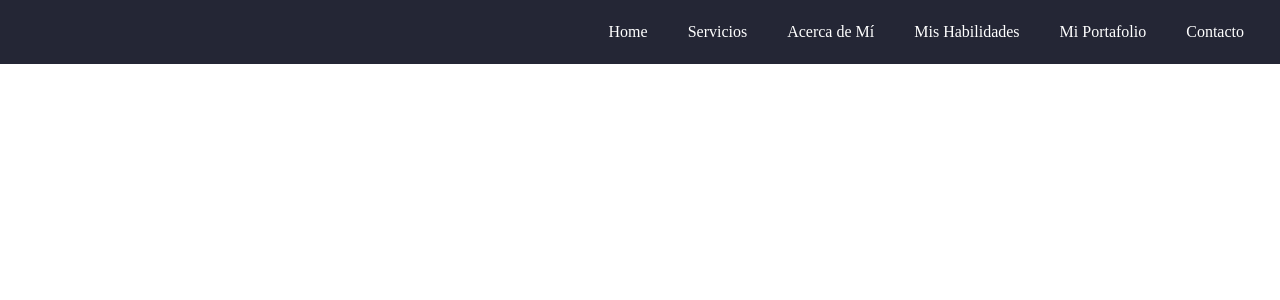
Repository: RobertAries28/PortafolioRobertEscalanteGomez2022
Page: index.html
An editor plug-in stored every save of this project. The page is shown before and after the next save, followed by the edit.
The browser window is 1280 px wide. The pictures show the whole page.

Above is the page before, as saved 2022-02-11 23:59:56.

### index.html
<!DOCTYPE html>
<html lang="en">
<head>
    <meta charset="UTF-8">
    <meta http-equiv="X-UA-Compatible" content="IE=edge">
    <meta name="viewport" content="width=device-width, initial-scale=1.0">
    <link rel="stylesheet" href="estilos.css">
    <title>Document</title>
</head>
<body>
    <header class="main-header">
        <div class="l-container main-header__block">

        <div class="main-menu-toggle" id="main-menu-toggle"></div>
             <nav class="main-nav" id="main-nav">
                 <ul class="main-menu">
                       <li class="main-menu__item">
                           <a class="main-menu__link" href="#">
                              Home
                           </a>
                       </li>

                       <li class="main-menu__item">
                         <a class="main-menu__link" href="#">
                           Servicios
                         </a>
                       </li>

                       <li class="main-menu__item">
                        <a class="main-menu__link" href="#">
                          Acerca de Mí
                        </a>
                       </li>


                     <li class="main-menu__item">
                         <a class="main-menu__link" href="#">
                           Mis Habilidades
                         </a>
                     </li>

                     <li class="main-menu__item">
                        <a class="main-menu__link" href="#">
                         Mi Portafolio
                        </a>
                    </li>

                    <li class="main-menu__item">
                        <a class="main-menu__link" href="#">
                         Contacto
                        </a>
                    </li>


                 </ul>
             </nav>
        </div>
     </header>

</body>
</html>

### estilos.css
.l-container{

    padding-left: 1rem;
    padding-right: 1rem;
    display: flex;

    height: 100%;
    color: white;
}

.main-header{
    height: 4rem;
    background: #242635;


}

.main-header__block{
    justify-content: space-between;
    align-items: center;

}

.main-menu{
    margin-top: 0;
    margin-bottom: 0;
    padding-left: 0;
    list-style: none;
    display: flex;


}


.main-menu li{
    padding: 0 20px;
}

.main-logo{
    height: 2rem;

    margin-top: 0;
}

img{
    max-width: 100%;
}

a{
    text-decoration: none;
  color: white;
}

body{
    margin: 0;
}




@media screen and ( max-width: 768px){



.main-menu__item{
    padding: .5rem 0 .5rem 1rem
}

.main-menu__link{
    color: lightslategray;
    margin-left: 1rem;
}



.main-nav{
    position: fixed;
    height: calc(100vh - 4rem);
    width: 80wh;
    background: black;
    top: 4rem;
    right: -80vw;



}

.main-menu{
    flex-direction: column;
}

.main-menu li{
    padding: 10px 0;
}



.show{
right: 0px;
transition-duration: 1s;
transition-timing-function:ease-in-out

}

 :not(.show){
     transition-duration: 1s;
  transition-timing-function: ease-in
 }


.main-menu-toggle{
    width: 2.4rem;
    height: 1.6rem;
    background: linear-gradient(black 20%, transparent 20%, transparent 40%, black 40%, black 60%, transparent 60%, transparent 80%, black 80%);
    cursor: pointer;
}
}

After the next save:
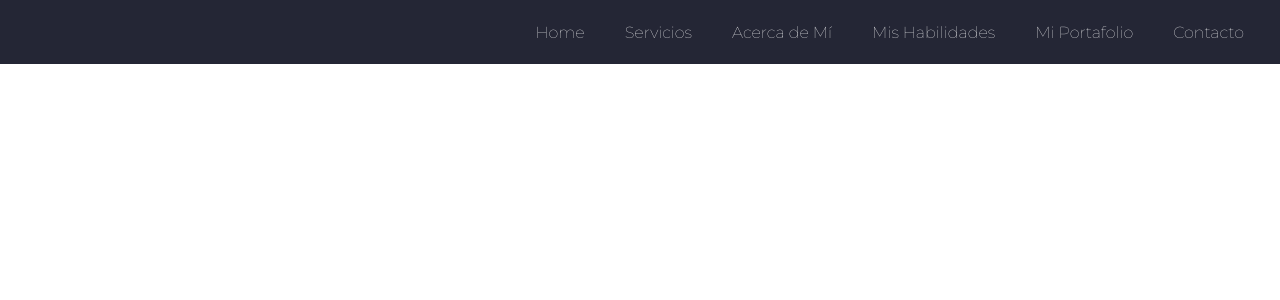
Saved 9 min 39 s later.
--- a/index.html
+++ b/index.html
@@ -4,6 +4,9 @@
     <meta charset="UTF-8">
     <meta http-equiv="X-UA-Compatible" content="IE=edge">
     <meta name="viewport" content="width=device-width, initial-scale=1.0">
+    <link rel="preconnect" href="https://fonts.googleapis.com">
+<link rel="preconnect" href="https://fonts.gstatic.com" crossorigin>
+<link href="https://fonts.googleapis.com/css2?family=Montserrat:wght@100&display=swap" rel="stylesheet">
     <link rel="stylesheet" href="estilos.css">
     <title>Document</title>
 </head>
--- a/estilos.css
+++ b/estilos.css
@@ -49,6 +49,7 @@
 a{
     text-decoration: none;
   color: white;
+  font-family: 'Montserrat', sans-serif;
 }
 
 body{
